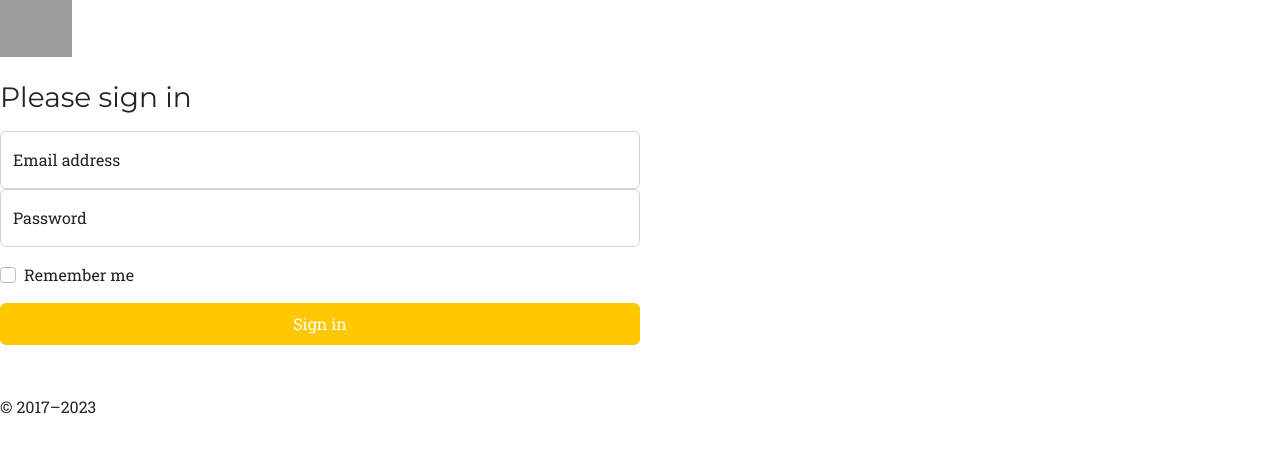
Repository: aquilesascar/TCC_1
Page: Tela Inicial/html/loginteste.html
The author's editor kept a copy of each file at every save. The page is drawn from the files as they stood at one save, then again after a run of saves.
The browser window is 1280 px wide. The pictures show the whole page.
Pictures or frames that could not be fetched are drawn as grey boxes. Some web libraries are served in a nearby version.

Above is the page before, as saved 2023-07-10 13:45:22.

After the next 2 saves:
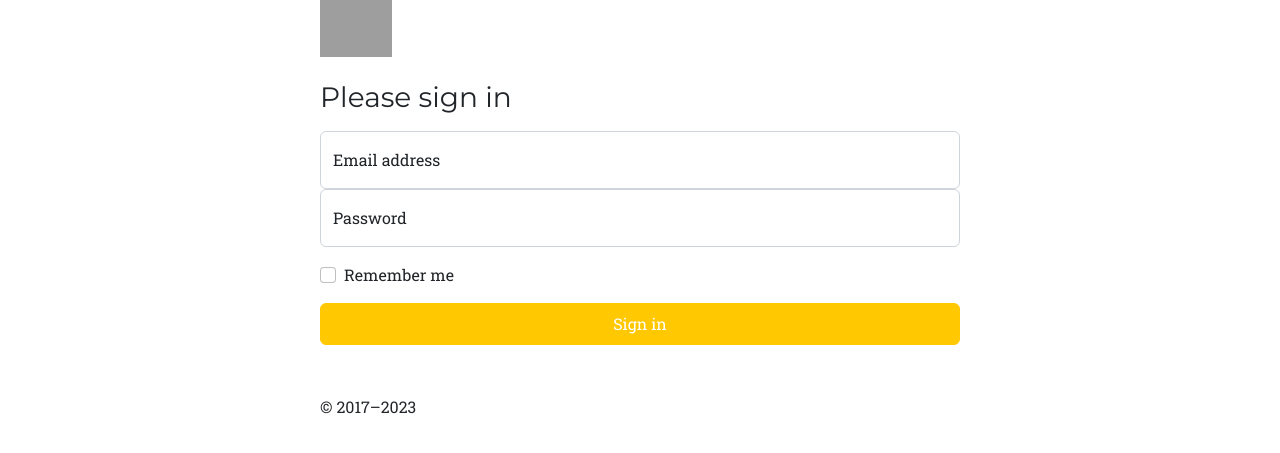
The 2 saves are shown as one change because they came seconds apart.
The last was saved 15 s later.
--- a/Tela Inicial/html/loginteste.html
+++ b/Tela Inicial/html/loginteste.html
@@ -25,7 +25,7 @@
 </head>
 <body>
     <main class="form-signin w-100 m-auto">
-        <div class="col-6">
+        <div class="centralizar">
         <form>
           <img class="mb-4" src="/docs/5.3/assets/brand/bootstrap-logo.svg" alt="" width="72" height="57">
           <h1 class="h3 mb-3 fw-normal">Please sign in</h1>
